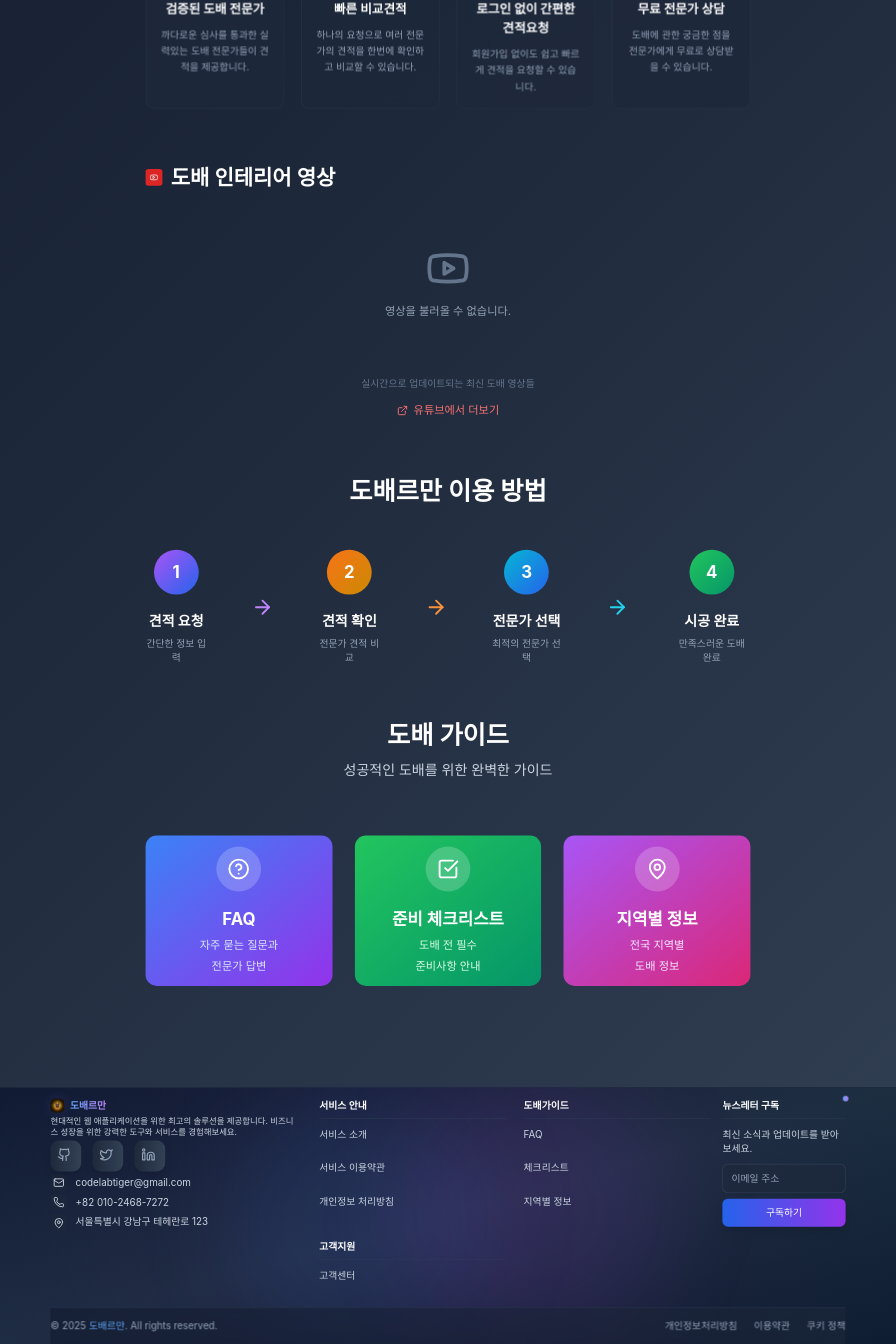
Repository: rambozzang/doberman_nextjs
Page: /
These files come from the project's save history. The page is drawn as it stood at one moment and after the next save; the edit follows.
The browser window is 1280 px wide. The pictures show the part of the page from y = 1449 to 3369 px (the page is 3369 px tall), at 70% of full size.
The page's requests for data from a server got no answer. The project was rebuilt for these pictures with package versions that can differ from the ones it lists, and the page was loaded fresh each time. The framework's server and built-in components were replaced by stand-ins that run in the browser. No one was signed in, and anything a server would have sent is missing. Also part of the build but not shown: next.config.mjs, next.config.ts, src/components/AutoLogoutWarning.tsx, src/components/ForgotPasswordModal.tsx, src/components/LoginModal.tsx, src/components/RegisterModal.tsx.

Above is the page before, as saved 2025-06-28 02:12:34.

After the next save:
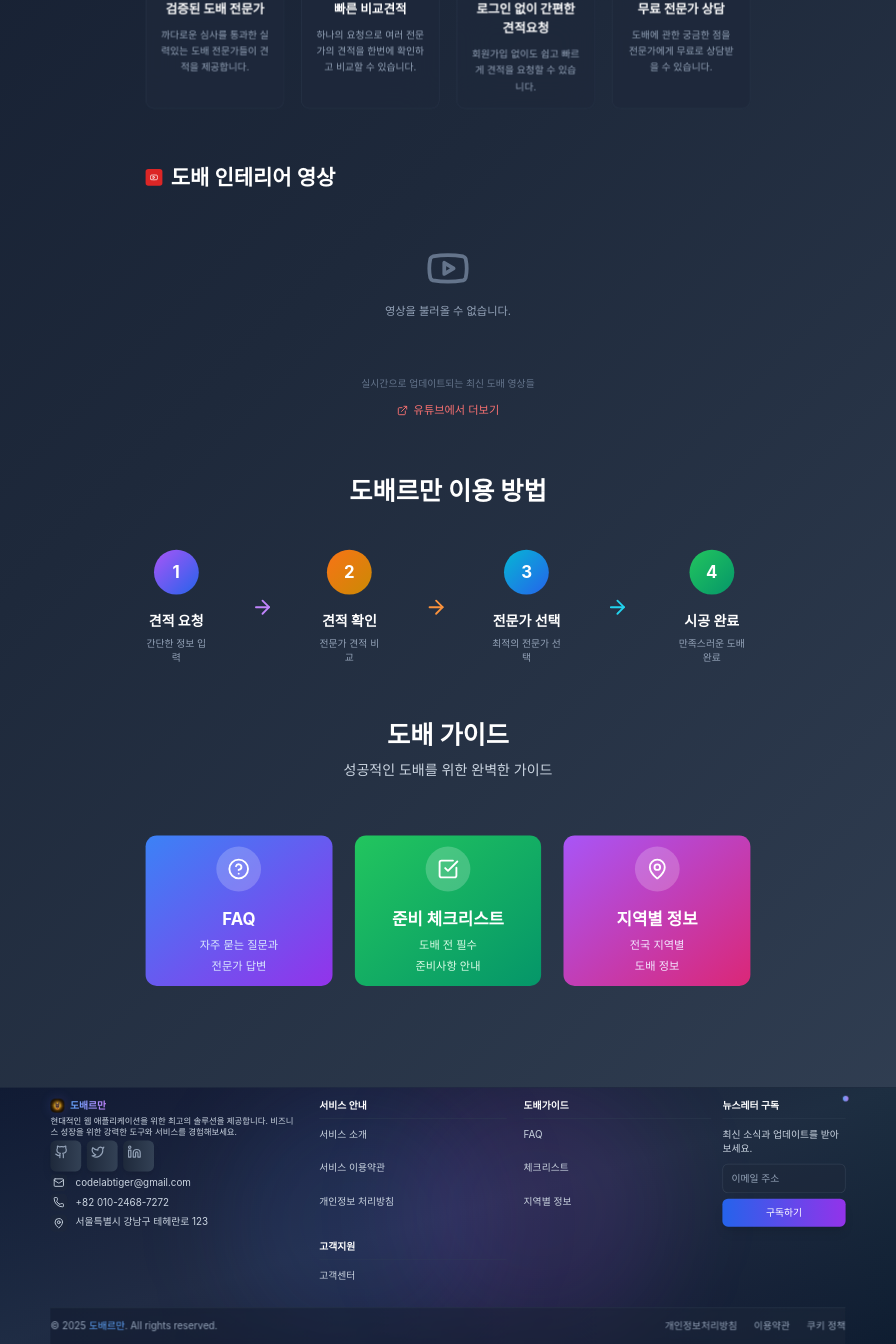
Saved 18 s later.
--- a/src/components/Footer.tsx
+++ b/src/components/Footer.tsx
@@ -143,7 +143,7 @@ const Footer: React.FC<FooterProps> = ({
                 whileInView={{ opacity: 1, y: 0 }}
                 transition={{ duration: 0.5, delay: 0.1 }}
                 viewport={{ once: true }}
-                className="flex space-x-3 sm:space-x-4 lg:space-x-4"
+                className="flex space-x-2 sm:space-x-3 lg:space-x-2"
               >
                 {socialLinks.map((social) => (
                   <motion.a
@@ -153,11 +153,11 @@ const Footer: React.FC<FooterProps> = ({
                     rel="noopener noreferrer"
                     whileHover={{ scale: 1.1, y: -2 }}
                     whileTap={{ scale: 0.95 }}
-                    className="relative p-2 sm:p-2.5 lg:p-2.5 rounded-xl bg-gradient-to-r from-slate-800 to-slate-700 text-slate-400 hover:text-white hover:from-blue-600 hover:to-purple-600 transition-all duration-300 shadow-lg hover:shadow-xl touch-target group"
+                    className="relative p-1.5 sm:p-2 lg:p-1.5 rounded-lg bg-gradient-to-r from-slate-800 to-slate-700 text-slate-400 hover:text-white hover:from-blue-600 hover:to-purple-600 transition-all duration-300 shadow-lg hover:shadow-xl touch-target group"
                     aria-label={social.name}
                   >
-                    <div className="absolute inset-0 bg-gradient-to-r from-blue-600 to-purple-600 rounded-xl opacity-0 group-hover:opacity-20 transition-opacity"></div>
-                    <div className="relative w-4 h-4 sm:w-5 sm:h-5 lg:w-5 lg:h-5">
+                    <div className="absolute inset-0 bg-gradient-to-r from-blue-600 to-purple-600 rounded-lg opacity-0 group-hover:opacity-20 transition-opacity"></div>
+                    <div className="relative w-3 h-3 sm:w-4 sm:h-4 lg:w-3 lg:h-3">
                       {social.icon}
                     </div>
                   </motion.a>
